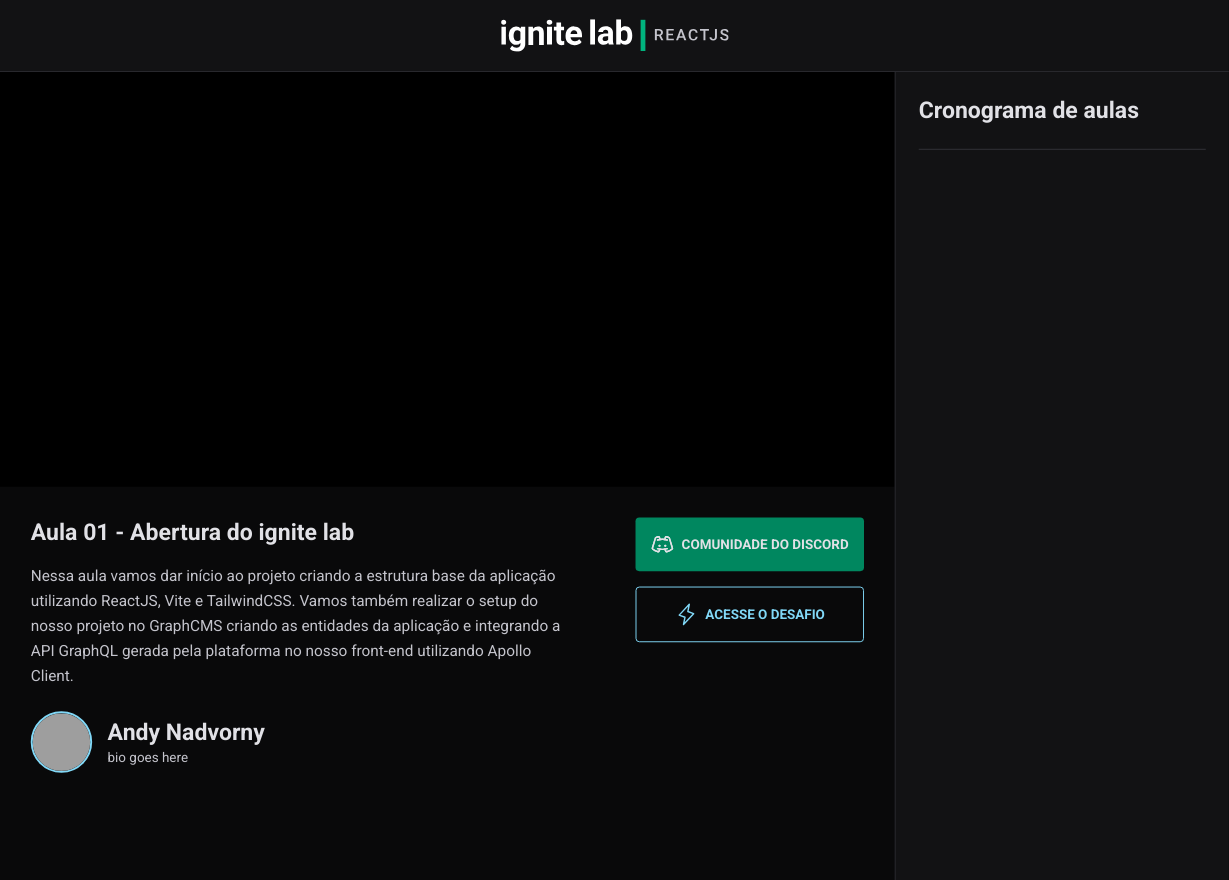
Repository: andynadvorny/event-platform
Page: /
These files come from the project's save history. The page is drawn as it stood at one moment and after the next save; the edit follows.
The browser window is 1280 px wide. The pictures show the whole page, at 96% of full size.
Pictures or frames that could not be fetched are drawn as grey boxes. The page's requests for data from a server got no answer. The project was rebuilt for these pictures with package versions that can differ from the ones it lists, and the page was loaded fresh each time. No one was signed in, and anything a server would have sent is missing. Also part of the build but not shown: vite.config.ts, src/components/Lesson.tsx.

Above is the page before, as saved 2022-06-24 14:24:27.

### src/App.tsx
import { Event } from './pages/Event'

function App() {
  return (
    <Event />
  )
}

export default App

### src/lib/apollo.ts
import { ApolloClient, InMemoryCache } from "@apollo/client";

export const client = new ApolloClient({
  uri: 'https://api-sa-east-1.graphcms.com/v2/cl4q028zp2n6q01xs9d4d26wj/master',
  cache: new InMemoryCache()
});

### src/pages/Event.tsx
import { Header } from '../components/Header'
import { Sidebar } from '../components/Sidebar'
import { Video } from '../components/Video'

export function Event() {
  return (
    <div className="flex flex-col min-h-screen">
      <Header />
      <main className="flex flex-1">
        <Video />
        <Sidebar />
      </main>
    </div>
  )
}

### src/components/Sidebar.tsx
import { gql, useQuery } from "@apollo/client";
import { Lesson } from "./Lesson";

const GET_LESSONS_QUERY = gql`
  query {
    lessons(orderBy: availableAt_ASC, stage: PUBLISHED) {
      id
      lessonType
      availableAt
      title
      slug
    }
  }
`

interface GetLessonsQueryResponse {
  lessons: {
    id: string;
    lessonType: 'live' | 'class'
    availableAt: string;
    title: string;
    slug: string;
  }[]
}

export function Sidebar() {
  const { data } = useQuery<GetLessonsQueryResponse>(GET_LESSONS_QUERY)

  return (
    <aside className="w-[348px] bg-gray-700 p-6 border-l border-gray-600">
      <span className="font-bold text-2xl pb-6 mb-6 border-b border-gray-500 block">
        Cronograma de aulas
      </span>
      <div className="flex flex-col gap-8">
        {data?.lessons.map( lesson => (
          <Lesson
            key={lesson.id}
            title={lesson.title}
            slug={lesson.slug}
            availableAt={new Date(lesson.availableAt)}
            type={lesson.lessonType}
          />
        ))}
      </div>
    </aside>
  )
}

### src/components/Video.tsx
import { DiscordLogo, Lightning } from "phosphor-react";

export function Video() {
  return (
    <div className="flex-1">
      <div className="flex justify-center bg-black">
        <div className="h-full w-full max-w-[1100px] max-h-[60vh] aspect-video"></div>
      </div>

      <div className="p-8 max-w-[1100px] mx-auto">
        <div className="flex items-start gap-16">
          <div className="flex-1">
            <h1 className="text-2xl font-bold">
              Aula 01 - Abertura do ignite lab
            </h1>
            <p className="mt-4 text-gray-200 leading-relaxed">
              Nessa aula vamos dar início ao projeto criando a estrutura base da aplicação utilizando ReactJS, Vite e TailwindCSS. Vamos também realizar o setup do nosso projeto no GraphCMS criando as entidades da aplicação e integrando a API GraphQL gerada pela plataforma no nosso front-end utilizando Apollo Client.
            </p>
            <div className="flex items-center gap-4 mt-6">
              <img
                className="h-16 w-16 rounded-full border-2 border-blue-500"
                src="https://github.com/andynadvorny.png"
                alt="andy nadvorny"
              />
              <div className="leading-relaxed">
                <strong className="font-bold text-2xl block">Andy Nadvorny</strong>
                <span className="text-gray-200 text-sm block">bio goes here</span>
              </div>
            </div>
          </div>
          <div className="flex flex-col gap-4">
            <a
              href=""
              className="p-4 text-sm bg-green-500 flex items-center rounded font-bold uppercase gap-2 justify-center hover:bg-green-700 transition-colors"
            >
              <DiscordLogo size={24} />
              Comunidade do Discord
            </a>
            <a
              href=""
              className="p-4 text-sm border border-blue-500 text-blue-500 flex items-center rounded font-bold uppercase gap-2 justify-center hover:bg-blue-500 hover:text-gray-900 transition-colors"
            >
              <Lightning size={24} />
              Acesse o desafio
            </a>
          </div>
        </div>

        <div className="gap-8 mt-20 gid grid-cols-2">

        </div>
      </div>
    </div>
  )
}

### src/components/Logo.tsx
export function Logo() {
  return (
    <svg
      xmlns="http://www.w3.org/2000/svg"
      width="237"
      height="34"
      fill="none"
      viewBox="0 0 237 34"
    >
      <path
        fill="#fff"
        d="M.002 3.112a2.49 2.49 0 01.165-.987c.12-.314.304-.595.535-.83A2.906 2.906 0 012.615.572c.698 0 1.374.257 1.912.723.23.24.412.524.536.837a2.701 2.701 0 010 1.979 2.568 2.568 0 01-.536.837 2.889 2.889 0 01-1.907.723 2.901 2.901 0 01-1.908-.723 2.458 2.458 0 01-.538-.84 2.645 2.645 0 01-.172-.996zm4.96 23.146H.273V7.862h4.689v18.397zM8.012 16.973c0-2.853.686-5.145 2.055-6.883a6.653 6.653 0 015.528-2.606 5.869 5.869 0 014.802 2.09l.2-1.751h4.538v17.95a7.891 7.891 0 01-1.12 4.246 7.243 7.243 0 01-3.147 2.752 11.155 11.155 0 01-4.742.94c-1.378 0-2.74-.279-4.008-.812a7.08 7.08 0 01-2.946-2.11l2.208-3.02a5.905 5.905 0 004.543 2.08 4.356 4.356 0 003.104-1.059 3.938 3.938 0 001.103-2.993v-.994a5.775 5.775 0 01-4.555 1.935 6.647 6.647 0 01-3.05-.652 6.615 6.615 0 01-2.408-1.967c-1.397-1.752-2.085-4.089-2.085-6.942v-.21h-.025l.005.006zm4.997.355a6.723 6.723 0 001.026 3.956 3.233 3.233 0 002.799 1.443c.651.045 1.3-.088 1.878-.39a3.52 3.52 0 001.396-1.305v-7.825a3.448 3.448 0 00-1.374-1.305 3.504 3.504 0 00-1.86-.39 3.28 3.28 0 00-1.61.365 3.22 3.22 0 00-1.219 1.103c-.688.975-1.036 2.418-1.036 4.348zM33.098 7.833l.158 2.196a6.527 6.527 0 012.371-1.927 6.38 6.38 0 012.971-.62c1.97 0 3.438.597 4.39 1.79.953 1.194 1.456 2.936 1.486 5.293v12.249h-4.962V14.683a3.367 3.367 0 00-.684-2.344 3.086 3.086 0 00-1.069-.598 3.008 3.008 0 00-1.211-.13 3.349 3.349 0 00-1.821.454c-.553.32-1.01.794-1.313 1.367v13.37H28.45V7.845l4.647-.012zM47.512 3.112a2.304 2.304 0 01.185-.988 2.42 2.42 0 01.59-.831A3.439 3.439 0 0150.404.57c.772 0 1.52.256 2.117.723.508.486.792 1.142.792 1.826 0 .683-.284 1.34-.792 1.826a3.417 3.417 0 01-2.11.723c-.77 0-1.517-.257-2.11-.723a2.47 2.47 0 01-.594-.839 2.342 2.342 0 01-.19-.994h-.005zm5.483 23.149h-5.18V7.86h5.18v18.4zM62.454 3.334v4.612h3.107v3.677h-3.107v9.382c-.05.53.091 1.063.395 1.495a1.824 1.824 0 001.473.45c.476.002.95-.035 1.421-.114v3.803a9.672 9.672 0 01-2.939.449c-3.398 0-5.128-1.775-5.19-5.32V11.644h-2.642V7.968h2.643V3.356h4.841v-.025l-.002.003zM76.487 27.08a9.277 9.277 0 01-6.759-2.55c-1.74-1.699-2.605-3.957-2.605-6.797v-.494a11.295 11.295 0 011.098-5.08 8.141 8.141 0 013.111-3.465 8.72 8.72 0 014.59-1.22c2.577 0 4.62.815 6.098 2.449 1.478 1.633 2.226 3.94 2.226 6.929v2.055h-12.01a4.665 4.665 0 001.473 2.971 4.487 4.487 0 003.111 1.111 5.426 5.426 0 004.548-2.115l2.476 2.781a7.506 7.506 0 01-3.07 2.507 9.81 9.81 0 01-4.287.916v.002zm-.594-15.514a3.127 3.127 0 00-2.428 1.012 5.405 5.405 0 00-1.188 2.912h7.006v-.405a3.749 3.749 0 00-.908-2.608 3.252 3.252 0 00-2.45-.908h-.03l-.002-.003zM97.771 26.259h-4.957V0h4.957V26.26zM112.209 26.259c-.227-.444-.392-.997-.496-1.659-1.196 1.333-2.751 2.002-4.666 2.002-1.811 0-3.314-.523-4.504-1.572-1.191-1.049-1.786-2.372-1.786-3.966 0-1.96.725-3.464 2.179-4.513 1.453-1.049 3.553-1.58 6.3-1.59h2.273v-1.06c0-.854-.22-1.54-.659-2.051-.44-.513-1.131-.77-2.078-.77-.832 0-1.486.2-1.957.6-.474.4-.708.945-.708 1.64h-4.941c0-1.07.331-2.062.992-2.973.662-.91 1.597-1.626 2.804-2.144 1.206-.518 2.564-.778 4.069-.778 2.28 0 4.089.573 5.429 1.718 1.34 1.145 2.009 2.756 2.009 4.83v8.017c.012 1.754.256 3.082.735 3.983v.29h-4.992l-.003-.004zm-4.086-3.435c.728 0 1.402-.163 2.016-.486.614-.326 1.071-.76 1.367-1.308v-3.181h-1.846c-2.472 0-3.79.854-3.948 2.564l-.017.291c0 .614.217 1.123.649 1.523.434.4 1.026.6 1.779.6v-.003zM136.58 17.183c0 2.963-.632 5.273-1.898 6.931-1.265 1.659-3.032 2.488-5.3 2.488-2.006 0-3.608-.77-4.805-2.308l-.222 1.967h-4.444V.001h4.94v9.418c1.14-1.332 2.638-2 4.496-2 2.256 0 4.025.828 5.308 2.487 1.283 1.658 1.923 3.992 1.923 7v.274l.002.003zm-4.94-.358c0-1.868-.296-3.233-.889-4.094-.592-.861-1.475-1.29-2.65-1.29-1.572 0-2.655.643-3.247 1.932v7.299c.604 1.298 1.697 1.95 3.282 1.95 1.584 0 2.643-.788 3.146-2.36.239-.752.358-1.897.358-3.437z"
      ></path>
      <path
        fill="#C4C4CC"
        d="M164.51 17.501h-2.283v4.53h-2.048v-11.78h4.143c1.36 0 2.408.306 3.149.915.74.61 1.108 1.493 1.108 2.648 0 .787-.19 1.449-.57 1.98-.38.532-.911.94-1.59 1.226l2.646 4.906v.106h-2.194l-2.364-4.531h.003zm-2.283-1.65h2.105c.691 0 1.229-.176 1.619-.524.39-.348.582-.824.582-1.429 0-.604-.18-1.12-.538-1.466-.358-.345-.893-.523-1.606-.533h-2.162V15.85zM179.066 16.773h-4.839v3.625h5.656v1.634h-7.704V10.25h7.648v1.65h-5.6v3.253h4.839v1.62zM189.803 19.29h-4.565l-.955 2.744h-2.127l4.452-11.783h1.836l4.459 11.783h-2.137l-.963-2.744zm-3.99-1.65h3.415l-1.707-4.89-1.708 4.89zM204.716 18.197c-.119 1.256-.583 2.238-1.392 2.941-.81.703-1.885 1.056-3.228 1.056-.938 0-1.764-.222-2.48-.668-.715-.445-1.266-1.079-1.656-1.898-.387-.82-.589-1.772-.607-2.858v-1.1c0-1.11.198-2.09.59-2.937.392-.846.96-1.5 1.695-1.96.736-.458 1.587-.688 2.554-.688 1.301 0 2.347.353 3.139 1.057.792.703 1.254 1.7 1.385 2.99h-2.039c-.096-.846-.343-1.458-.74-1.833-.397-.375-.977-.563-1.745-.563-.89 0-1.574.326-2.05.977-.479.652-.721 1.605-.733 2.863v1.044c0 1.273.227 2.245.683 2.917.457.668 1.123 1.004 2.004 1.004.805 0 1.409-.18 1.814-.543.405-.363.661-.962.77-1.804h2.038l-.002.003zM216.481 11.902h-3.674v10.132h-2.031V11.902h-3.642V10.25h9.347v1.65zM222.759 10.251h2.039v8.262c0 1.127-.353 2.023-1.057 2.687-.703.664-1.633.995-2.788.995-1.229 0-2.179-.311-2.848-.93-.669-.62-1.004-1.484-1.004-2.59h2.038c0 .627.156 1.096.467 1.412.31.316.76.474 1.347.474.55 0 .989-.183 1.315-.545.326-.366.489-.867.489-1.51V10.25h.002zM234.952 18.999c0-.518-.183-.918-.545-1.197-.363-.279-1.022-.563-1.972-.849-.95-.286-1.705-.604-2.265-.955-1.074-.674-1.612-1.555-1.612-2.638 0-.95.388-1.732 1.163-2.347.774-.614 1.779-.922 3.015-.922.819 0 1.55.15 2.194.454a3.597 3.597 0 011.513 1.29c.367.558.55 1.177.55 1.858h-2.038c0-.614-.193-1.095-.578-1.443-.385-.348-.938-.524-1.656-.524-.668 0-1.189.144-1.557.43-.37.286-.555.686-.555 1.197 0 .432.2.792.6 1.08.399.29 1.056.57 1.974.842.918.271 1.653.582 2.208.93.556.348.963.748 1.222 1.197.259.452.387.977.387 1.582 0 .982-.375 1.762-1.127 2.342-.753.58-1.775.87-3.063.87a5.755 5.755 0 01-2.352-.473c-.715-.316-1.27-.75-1.668-1.308-.397-.555-.594-1.204-.594-1.942h2.048c0 .669.222 1.187.664 1.555.441.367 1.075.55 1.902.55.713 0 1.246-.143 1.607-.432.357-.288.538-.671.538-1.145l-.003-.002z"
      ></path>
      <path fill="#00B37E" d="M150.271 33.146h-4.958V.57h4.958v32.576z"></path>
    </svg>
  );
}

### tailwind.config.js
/** @type {import('tailwindcss').Config} */
module.exports = {
  content: [
    './src/**/*.tsx'
  ],
  theme: {
    extend: {
      fontFamily: {
        sans: 'Roboto, sans-serif'
      },
      colors: {
        green: {
          300: '#00B37E',
          500: '#00875F',
          700: '#015F43',
        },
        blue: {
          500: '#81D8F7',
        },
        orange: {
          500: '#FBA94C',
        },
        red: {
          500: '#F75A68',
        },
        gray: {
          100: '#E1E1E6',
          200: '#C4C4CC',
          300: '#8D8D99',
          500: '#323238',
          600: '#29292E',
          700: '#121214',
          900: '#09090A'
        }
      }
    },
  },
  plugins: [],
}

Loaded but not shown: index.html (common file); src/main.tsx (common file); src/styles/global.css (common file); src/components/Header.tsx (common file)

After the next save:
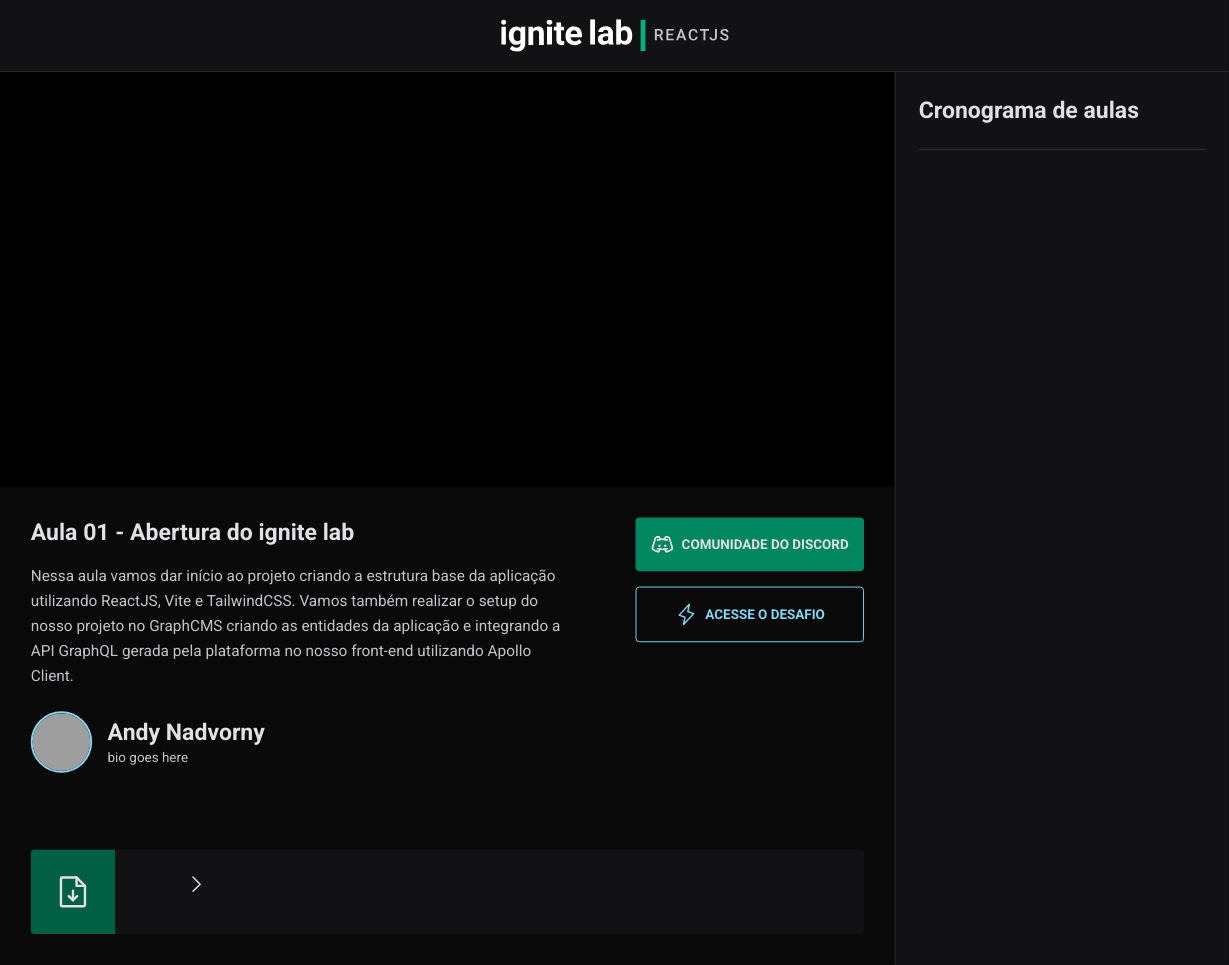
Saved 3 min 38 s later.
--- a/src/components/Video.tsx
+++ b/src/components/Video.tsx
@@ -1,4 +1,4 @@
-import { DiscordLogo, Lightning } from "phosphor-react";
+import { CaretRight, DiscordLogo, FileArrowDown, Lightning } from "phosphor-react";
 
 export function Video() {
   return (
@@ -47,7 +47,20 @@
         </div>
 
         <div className="gap-8 mt-20 gid grid-cols-2">
+          <a href="" className="bg-gray-700 rounded overflow-hidden flex items-stretch gap-6 hover:bg-gray-600 transition-colors">
+            <div className="bg-green-700 h-full p-6 flex items-center">
+              <FileArrowDown size={40} />
+            </div>
+            <div className="py-6 leading-relaxed">
 
+            </div>
+            <div className="h-full p-6 flex items-center">
+              <CaretRight size={24} />
+            </div>
+          </a>
+          <a href="">
+
+          </a>
         </div>
       </div>
     </div>
